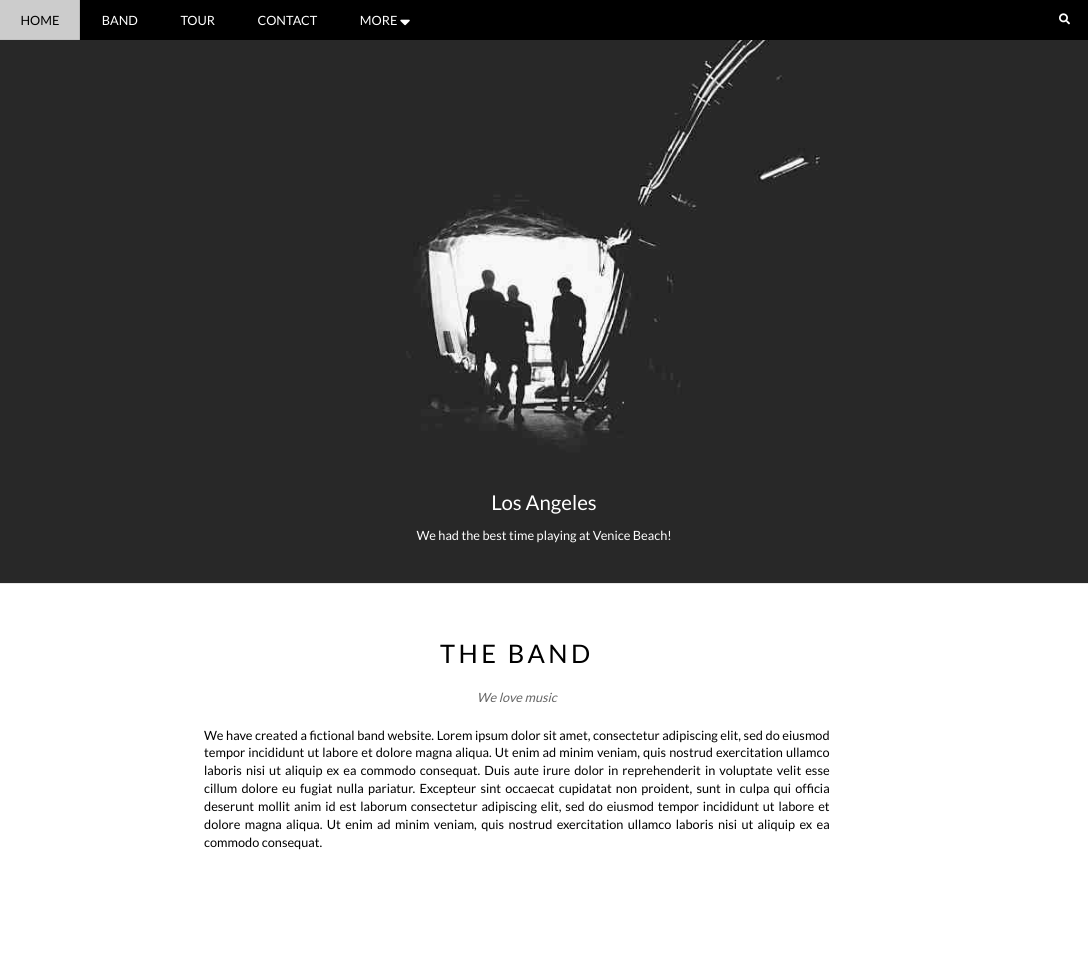
Repository: nguyenthaicong265/w3-band
Page: index.html
These files come from the project's save history. The page is drawn as it stood at one moment and after a run of saves; the edit follows.
The browser window is 1280 px wide. The pictures show the whole page, at 85% of full size.

Above is the page before, as saved 2021-12-28 16:52:04.

### index.html
<!DOCTYPE html>
<html lang="en">
<head>
    <meta charset="UTF-8">
    <meta http-equiv="X-UA-Compatible" content="IE=edge">
    <meta name="viewport" content="width=device-width, initial-scale=1.0">
    <title>Document</title>
    <link rel="stylesheet" href="./assets/css/styles.css">
    <link rel="stylesheet" href="https://fonts.googleapis.com/css?family=Lato">
    <link rel="stylesheet" href="./assets/font/themify-icons-font/themify-icons/themify-icons.css">
    <link rel="stylesheet" href="./assets/font/fontawesome-free-5.15.4-web/css/all.css">
</head>
<body>
    <div id="main">
        <div id="header">
            <ul id="nav">
                <li><a href="">Home</a></li>
                <li><a href="">Band</a></li>
                <li><a href="">Tour</a></li>
                <li><a href="">Contact</a></li>
                <li>
                    <a href="#">
                        More
                        <i class="fas fa-sort-down"></i>
                    </a>
                    <ul class="subnav">
                        <li><a href="#">Merchandise</a></li>
                        <li><a href="#">Extras</a></li>
                        <li><a href="#">Media</a></li>
                    </ul>
                </li>
            </ul>
            <div class="search-button">
                <i class="fas fa-search"></i>
            </div>
        </div>

        <div id="slider">
            <div class="text-content">
                <h2 class="text-head">Los Angeles
                </h2>
                <div class="text-description">We had the best time playing at Venice Beach!
                </div>
            </div>
        </div>

        <div id="content">
            <div class="content-section">
                <h2 class="section-heading">
                THE BAND
                </h2>
                <p class="section-sub-heading">
                We love music
                </p>
                <p class="about-text">We have created a fictional band website. Lorem ipsum dolor sit amet, consectetur adipiscing elit, sed do eiusmod tempor incididunt ut labore et dolore magna aliqua. Ut enim ad minim veniam, quis nostrud exercitation ullamco laboris nisi ut aliquip ex ea commodo consequat. Duis aute irure dolor in reprehenderit in voluptate velit esse cillum dolore eu fugiat nulla pariatur. Excepteur sint occaecat cupidatat non proident, sunt in culpa qui officia deserunt mollit anim id est laborum consectetur adipiscing elit, sed do eiusmod tempor incididunt ut labore et dolore magna aliqua. Ut enim ad minim veniam, quis nostrud exercitation ullamco laboris nisi ut aliquip ex ea commodo consequat.
                </p>

            </div>

            <div class="content-section">

            </div>

            <div class="content-section">

            </div>
        </div>

        <div id="footer">

        </div>
    </div>
</body>
</html>

### assets/css/styles.css
/* Reset CSS */
* {
    padding: 0;
    margin: 0;
    box-sizing: border-box;
}

html {
    font-family: "Lato", sans-serif;
    font-size: 62.5%;
}

#main {

}

#header {
    position: fixed;
    top: 0;
    left: 0;
    right: 0;
    height: 46.5px;
    background-color: #000000;
    z-index: 1;
}

#header .search-button {
    float: right;
    padding: 0 21px;
}

#header .search-button:hover {
    cursor: pointer;
    background-color: #f44336!important;
}

#header .fa-search {
    color: #ffffff;
    font-size: 13px;
    line-height: 46px;
}

#nav, .subnav {
    display: inline-block;
    list-style-type: none;
}

#nav > li {
    display: inline-block;
}

#nav li {
    position: relative;
}

#nav > li > a {
    color: #ffffff;
    text-transform: uppercase;
}

#nav li a {
    text-decoration: none;
    line-height: 46.5px;
    padding: 0px 24px;
    font-size: 1.5rem;
    display: block;
}

#nav .fa-sort-down {
    font-size: 20px;
}

#nav li:hover .subnav {
    display: block;

}

#nav > li:hover > a,
#nav .subnav li:hover a {
    color: #000 !important;
    background-color: #ccc !important;
}

#nav .subnav {
    display: none;
    position: absolute;
    min-width: 160px;
    top: 46.5px;
    background-color: #ffffff;
    box-shadow: 0 0 10px rgba(0, 0, 0, 0.3);
}

#nav .subnav a {
    color: #000;
    padding: 0 12px;
    line-height: 38px;
}

#slider {
    position: relative;
    margin-top: 46px;
    padding-top: 50%;
    background: url(/assets/img/slider/slider1.jpg) top center / cover no-repeat;
}

#slider .text-content {
    position: absolute;
    color:#ffffff;
    bottom: 48px;
    width: 100%;
    text-align: center;
}

#slider .text-head {
    font-weight: 100;
    font-size: 24px;
    margin-bottom: 10px;
}
#slider .text-description {
    font-size: 15px;
    margin-top: 15px;
}

#content {

}

#content .content-section {
    width: 800px;
    margin-left: auto;
    margin-right: auto;
    padding: 64px 64px 0 0 ;

}

#content .section-heading {
    font-size: 30px;
    font-weight: 400;
    letter-spacing: 4px;
    text-align: center;
}

#content .section-sub-heading {
    font-size: 15px;
    font-style: italic;
    text-align: center;
    opacity: 0.6;
    margin-top: 25px;
}

#content .about-text {
    text-align: justify;
    font-size: 15px;
    margin-top: 25px;
    line-height: 1.4;
}

#footer {

}

Loaded but not shown: assets/font/themify-icons-font/themify-icons/themify-icons.css (common file); assets/font/fontawesome-free-5.15.4-web/css/all.css (library)

After the next 2 saves:
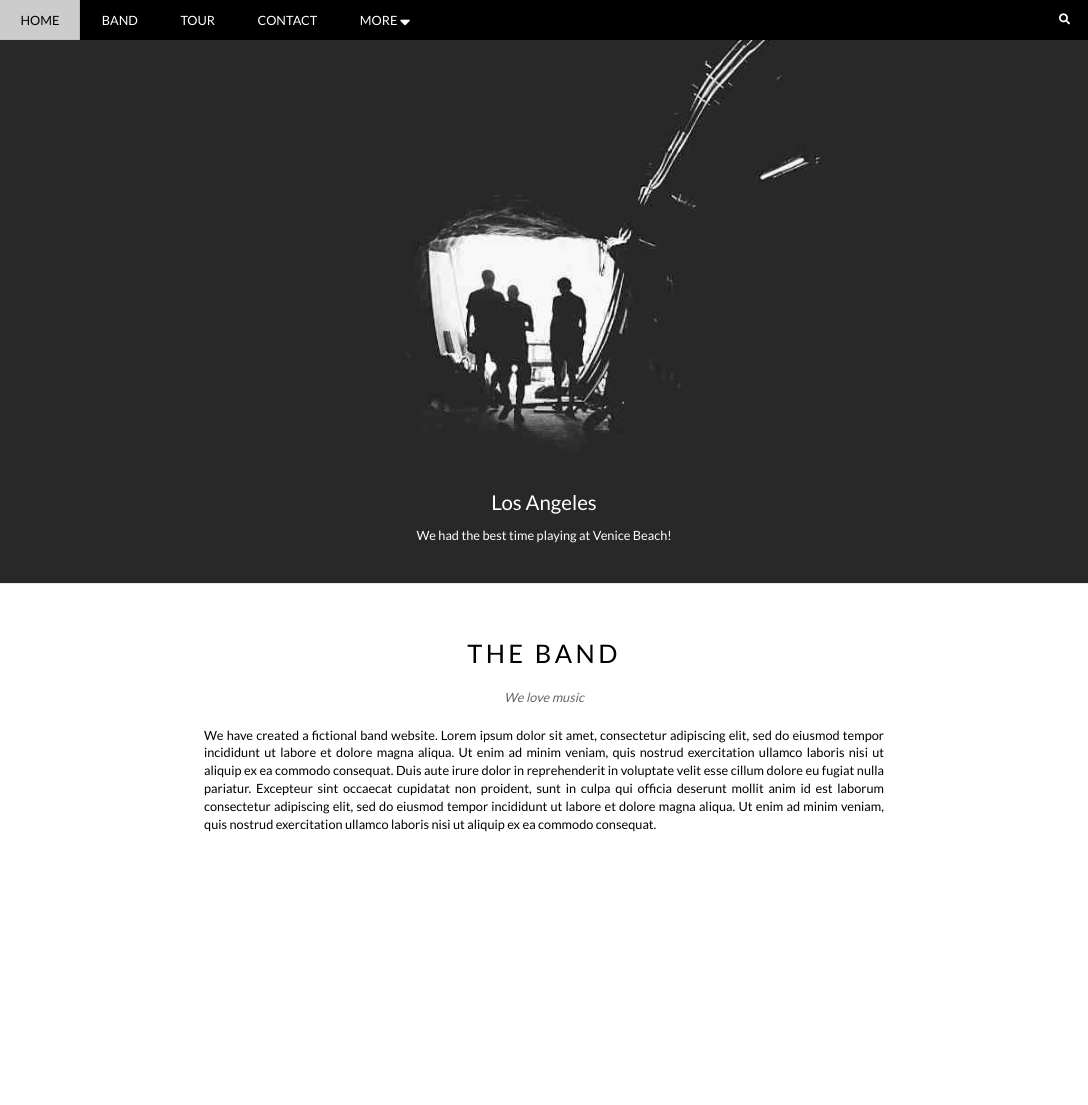
The 2 saves are shown as one change because they came seconds apart.
The last was saved 85 s later.
--- a/assets/css/styles.css
+++ b/assets/css/styles.css
@@ -127,10 +127,9 @@ html {
 
 #content .content-section {
     width: 800px;
+    padding: 64px 0 ;
     margin-left: auto;
     margin-right: auto;
-    padding: 64px 64px 0 0 ;
-
 }
 
 #content .section-heading {
